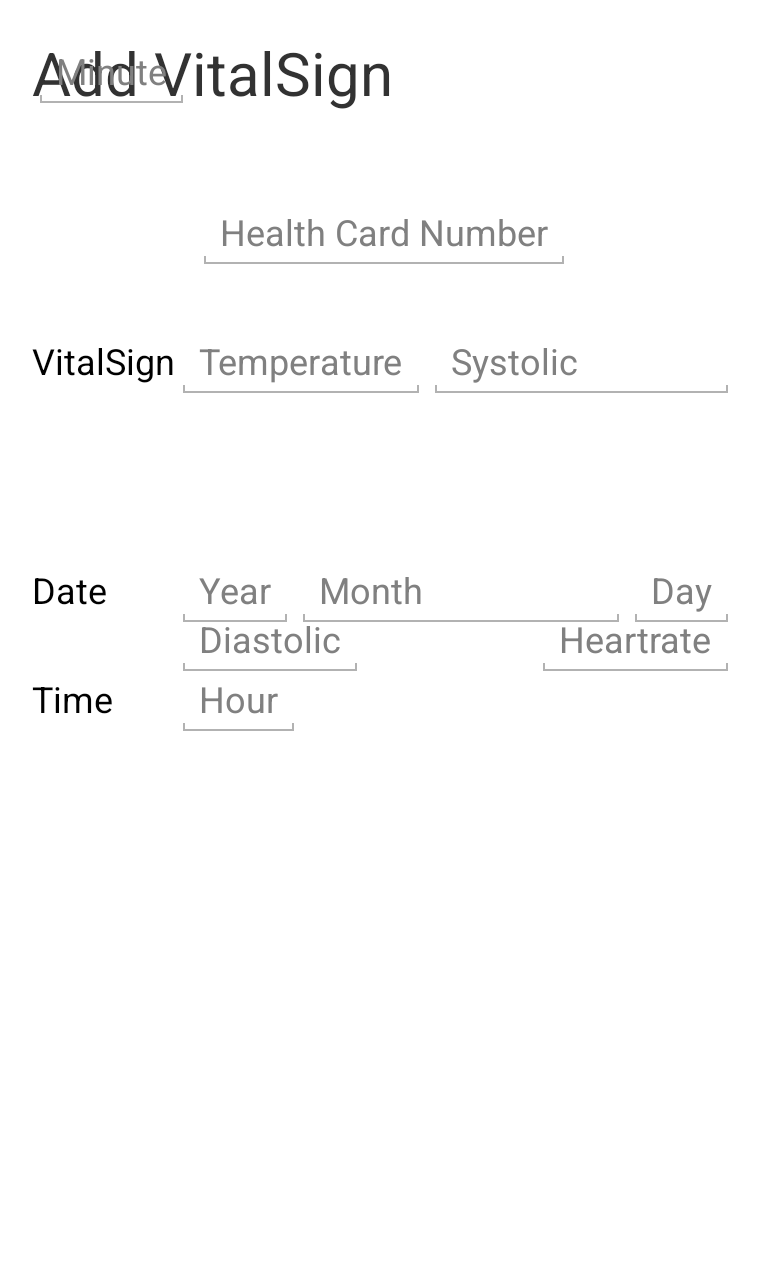
Repository: wangyuan0915/ER
Layout: workspace2/phase3/res/layout/activity_add_vital_sign.xml
The author's editor kept a copy of each file at every save. The layout is drawn from the files as they stood at one save, then again after the next save.
It is drawn on a 768 x 1280 px phone screen (xhdpi) without system bars, with theme AppTheme; the app's code is not run.

Above is the layout before, as saved 2013-11-24 06:45:58.

### workspace2/phase3/res/layout/activity_add_vital_sign.xml
<RelativeLayout xmlns:android="http://schemas.android.com/apk/res/android"
    xmlns:tools="http://schemas.android.com/tools"
    android:layout_width="match_parent"
    android:layout_height="match_parent"
    android:paddingBottom="@dimen/activity_vertical_margin"
    android:paddingLeft="@dimen/activity_horizontal_margin"
    android:paddingRight="@dimen/activity_horizontal_margin"
    android:paddingTop="@dimen/activity_vertical_margin"
    tools:context=".AddVitalSignActivity" >

    <TextView
        android:id="@+id/addvitalsign"
        android:layout_width="wrap_content"
        android:layout_height="wrap_content"
        android:layout_alignParentLeft="true"
        android:layout_alignParentTop="true"
        android:textSize="30sp"
        android:text="@string/Add_VitalSign" />

    <EditText
        android:id="@+id/healthcardnum"
        android:layout_width="wrap_content"
        android:layout_height="wrap_content"
        android:layout_below="@+id/addvitalsign"
        android:layout_centerHorizontal="true"
        android:layout_marginTop="40dp"
        android:hint="@string/Health_Card_Number"
        android:textAppearance="?android:attr/textAppearanceMedium" />

    <TextView
        android:id="@+id/VitalSign"
        android:layout_width="wrap_content"
        android:layout_height="wrap_content"
        android:layout_alignLeft="@+id/addvitalsign"
        android:layout_below="@+id/healthcardnum"
        android:layout_marginTop="32dp"
        android:text="@string/VitalSign"
        android:textAppearance="?android:attr/textAppearanceMedium" />

    <EditText
        android:id="@+id/temperature"
        android:layout_width="wrap_content"
        android:layout_height="wrap_content"
        android:layout_alignBaseline="@+id/VitalSign"
        android:layout_alignBottom="@+id/VitalSign"
        android:layout_toRightOf="@+id/VitalSign"
        android:hint="@string/Temperature"
        android:inputType="numberDecimal"
        android:textAppearance="?android:attr/textAppearanceMedium" >


    </EditText>

    <EditText
        android:id="@+id/systolic"
        android:layout_width="wrap_content"
        android:layout_height="wrap_content"
        android:layout_alignBaseline="@+id/temperature"
        android:layout_alignBottom="@+id/temperature"
        android:layout_toRightOf="@+id/temperature"
        android:ems="10"
        android:hint="@string/Systolic"
        android:inputType="number"
        android:textAppearance="?android:attr/textAppearanceMedium" />

    <EditText
        android:id="@+id/diastolic"
        android:layout_width="wrap_content"
        android:layout_height="wrap_content"
        android:layout_alignLeft="@+id/temperature"
        android:layout_centerVertical="true"
        android:hint="@string/Diastolic"
        android:inputType="number"
        android:textAppearance="?android:attr/textAppearanceMedium" />

    <EditText
        android:id="@+id/heartrate"
        android:layout_width="wrap_content"
        android:layout_height="wrap_content"
        android:layout_alignRight="@+id/systolic"
        android:layout_centerVertical="true"
        android:hint="@string/Heartrate"
        android:inputType="number"
        android:textAppearance="?android:attr/textAppearanceMedium" />

    <TextView
        android:id="@+id/currentdate"
        android:layout_width="wrap_content"
        android:layout_height="wrap_content"
        android:layout_alignLeft="@+id/VitalSign"
        android:layout_below="@+id/VitalSign"
        android:layout_marginTop="90dp"
        android:text="@string/Date"
        android:textAppearance="?android:attr/textAppearanceMedium" />

    <EditText
        android:id="@+id/currentyear"
        android:layout_width="wrap_content"
        android:layout_height="wrap_content"
        android:layout_alignBaseline="@+id/currentdate"
        android:layout_alignBottom="@+id/currentdate"
        android:layout_alignLeft="@+id/diastolic"
        android:inputType="number"
        android:hint="@string/Year"
        android:textAppearance="?android:attr/textAppearanceMedium" />

    <EditText
        android:id="@+id/currentmonth"
        android:layout_width="wrap_content"
        android:layout_height="wrap_content"
        android:layout_alignBaseline="@+id/currentdate"
        android:layout_alignBottom="@+id/currentdate"
        android:layout_toLeftOf="@+id/currentday"
        android:layout_toRightOf="@+id/currentyear"
        android:=""
        android:hint="@string/Month"
        android:inputType="number"
        android:textAppearance="?android:attr/textAppearanceMedium" />

    <EditText
        android:id="@+id/currentday"
        android:layout_width="wrap_content"
        android:layout_height="wrap_content"
        android:layout_alignBaseline="@+id/currentdate"
        android:layout_alignBottom="@+id/currentdate"
        android:layout_alignRight="@+id/heartrate"
        android:inputType="number"
        android:hint="@string/Day"
        android:textAppearance="?android:attr/textAppearanceMedium" />

    <TextView
        android:id="@+id/currenttime"
        android:layout_width="wrap_content"
        android:layout_height="wrap_content"
        android:layout_alignLeft="@+id/currentdate"
        android:layout_below="@+id/currentdate"
        android:layout_marginTop="30dp"
        android:text="@string/Time"
        android:textAppearance="?android:attr/textAppearanceMedium" />

    <EditText
        android:id="@+id/currenthour"
        android:layout_width="wrap_content"
        android:layout_height="wrap_content"
        android:layout_alignBaseline="@+id/currenttime"
        android:layout_alignBottom="@+id/currenttime"
        android:layout_alignLeft="@+id/currentyear"
        android:inputType="number"
        android:hint="@string/Hour"
        android:textAppearance="?android:attr/textAppearanceMedium" />

    <EditText
        android:id="@+id/current_minute"
        android:layout_width="wrap_content"
        android:layout_height="wrap_content"
        android:layout_alignBaseline="@+id/current_hour"
        android:layout_alignBottom="@+id/current_hour"
        android:layout_alignRight="@+id/current_day"
        android:inputType="number"
        android:hint="@string/Minute"
        android:textAppearance="?android:attr/textAppearanceMedium" />

</RelativeLayout>

### workspace2/phase3/res/values/strings.xml
<?xml version="1.0" encoding="utf-8"?>
<resources>

    <string name="app_name">phase3</string>
    <string name="action_settings">Settings</string>
    <string name="hello_world">Hello world!</string>
    <string name="Login">Login</string>
    <string name="username">username</string>
    <string name="password">password</string>
    <string name="Nurse">Nurse</string>
    <string name="Physician">Physician</string>
    <string name="login">login</string>
    <string name="title_activity_choice">ChoiceActivity</string>
    <string name="title_activity_physician__choice">Physician_ChoiceActivity</string>
    <string name="Hello">Hello</string>
    <string name="Add_a_new_patient">Add a new patient</string>
    <string name="Add_VitalSign">Add VitalSign</string>
    <string name="title_activity_new_patient">NewPatientActivity</string>
    <string name="title_activity_add_vital_sign">AddVitalSignActivity</string>
    <string name="New_Patient">New Patient</string>
    <string name="patient_name">patient\'s name</string>
    <string name="Health_Card_Number">Health Card Number</string>
    <string name="Birthday">Birthday</string>
    <string name="Year">Year</string>
    <string name="Month">Month</string>
    <string name="Day">Day</string>
    <string name="Date">Date</string>
    <string name="Time">Time</string>
    <string name="Hour">Hour</string>
    <string name="Minute">Minute</string>
    <string name="Submit">Submit</string>
    <string name="VitalSign">VitalSign</string>
    <string name="Temperature">Temperature</string>
    <string name="Systolic">Systolic</string>
    <string name="Diastolic">Diastolic</string>
    <string name="Heartrate">Heartrate</string>

</resources>

Loaded but not shown: workspace2/phase3/res/values/styles.xml (common file); workspace2/phase3/res/values-v11/styles.xml (common file); workspace2/phase3/res/values-v14/styles.xml (common file); workspace2/phase3/res/values/dimens.xml (common file)

After the next save:
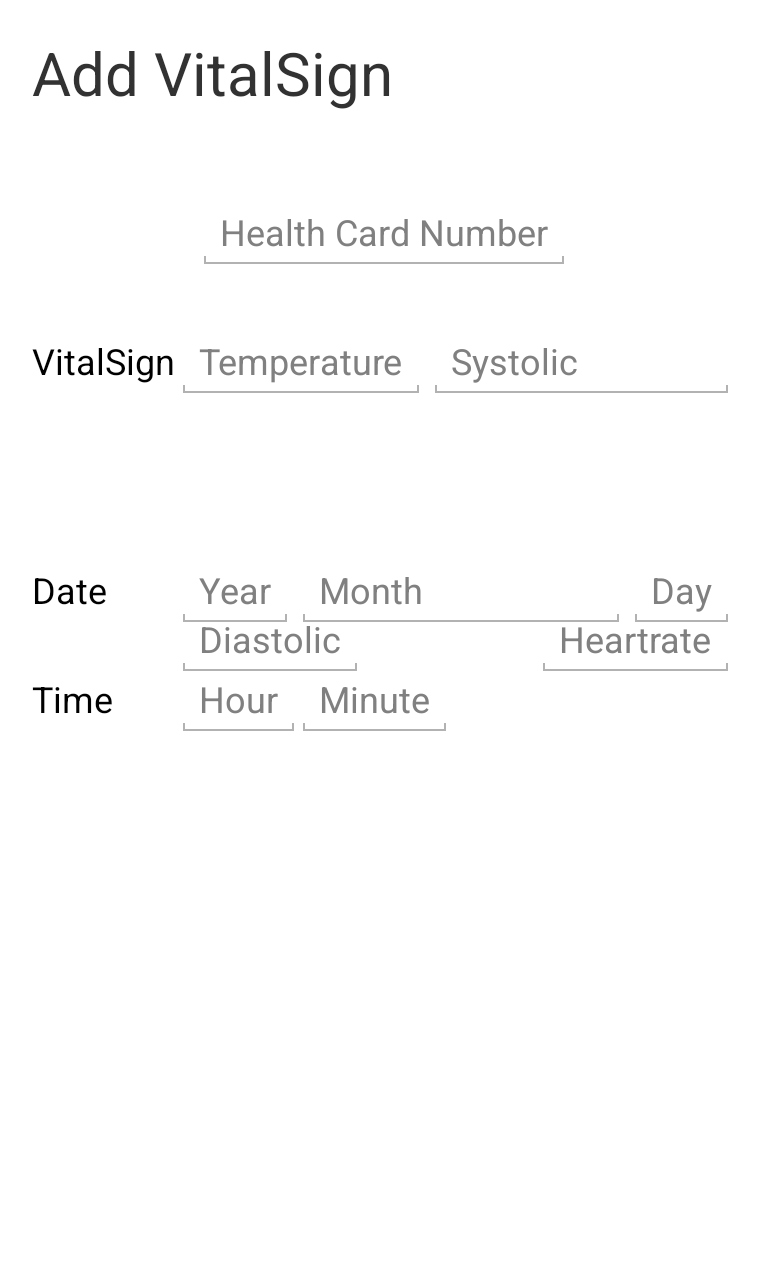
Saved 47 s later.
--- a/workspace2/phase3/res/layout/activity_add_vital_sign.xml
+++ b/workspace2/phase3/res/layout/activity_add_vital_sign.xml
@@ -150,12 +150,12 @@
         android:textAppearance="?android:attr/textAppearanceMedium" />
 
     <EditText
-        android:id="@+id/current_minute"
+        android:id="@+id/currentminute"
         android:layout_width="wrap_content"
         android:layout_height="wrap_content"
-        android:layout_alignBaseline="@+id/current_hour"
-        android:layout_alignBottom="@+id/current_hour"
-        android:layout_alignRight="@+id/current_day"
+        android:layout_alignBaseline="@+id/currenthour"
+        android:layout_alignBottom="@+id/currenthour"
+        android:layout_alignLeft="@+id/currentmonth"
         android:inputType="number"
         android:hint="@string/Minute"
         android:textAppearance="?android:attr/textAppearanceMedium" />
